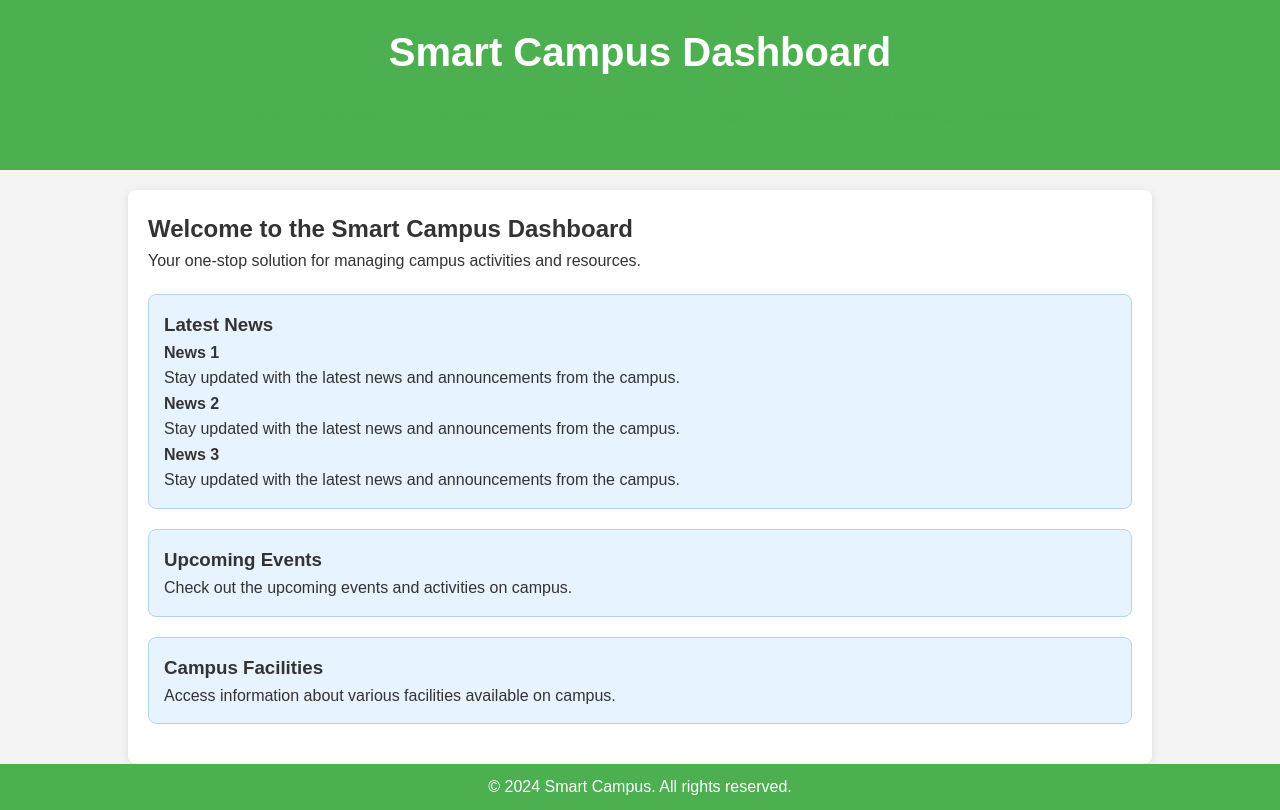
Repository: TejasS1233/MINITHON-hackathon-project
Page: Omar.html
An editor plug-in stored every save of this project. The page is shown before and after the next save, followed by the edit.
The browser window is 1280 px wide. The pictures show the whole page.

Above is the page before, as saved 2024-09-20 08:45:19.

### Omar.html
<!DOCTYPE html>
<html lang="en">
<head>
    <meta charset="UTF-8">
    <meta name="viewport" content="width=device-width, initial-scale=1.0">
    <title>Smart Campus Dashboard</title>
    <link rel="stylesheet" href="styles.css">
    <style>
        body {
            font-family: Arial, sans-serif;
            background-color: #f4f4f4;
            margin: 0;
            padding: 0;
        }
        header {
            background-color: #4CAF50;
            color: white;
            padding: 20px;
            text-align: center;
        }
        nav {
            margin: 20px 0;
        }
        nav a {
            margin: 0 15px;
            color: #4CAF50;
            text-decoration: none;
        }
        .container {
            width: 80%;
            margin: auto;
            padding: 20px;
            background: white;
            border-radius: 8px;
            box-shadow: 0 2px 10px rgba(0, 0, 0, 0.1);
        }
        .card {
            background: #e7f3fe;
            border: 1px solid #b1d4fe;
            border-radius: 8px;
            margin: 20px 0;
            padding: 15px;
        }
        footer {
            text-align: center;
            padding: 10px 0;
            background-color: #4CAF50;
            color: white;
            position: relative;
            bottom: 0;
            width: 100%;
        }
    </style>
</head>
<body>

<header>
    <h1>Smart Campus Dashboard</h1>
    <nav>
        <a href="#">Home</a>
        <a href="#">Academics</a>
        <a href="#">Facilities</a>
        <a href="#">Events</a>
        <a href="#">Contact</a>
        <a href="#">Library</a>
        <a href="#">Transport</a>
        <a href="#">Cafeteria</a>
        <a href="#">Notices</a>
    </nav>
</header>

<div class="container">
    <h2>Welcome to the Smart Campus Dashboard</h2>
    <p>Your one-stop solution for managing campus activities and resources.</p>

    <div class="card">
        <h3>Latest News</h3>
        <h4>News 1</h4>
        <p>Stay updated with the latest news and announcements from the campus.</p>
        <h4>News 2</h4>
        <p>Stay updated with the latest news and announcements from the campus.</p>
        <h4>News 3</h4>
        <p>Stay updated with the latest news and announcements from the campus.</p>
    </div>

    <div class="card">
        <h3>Upcoming Events</h3>
        <p>Check out the upcoming events and activities on campus.</p>
    </div>

    <div class="card">
        <h3>Campus Facilities</h3>
        <p>Access information about various facilities available on campus.</p>
    </div>
</div>

<footer>
    <p>&copy; 2024 Smart Campus. All rights reserved.</p>
</footer>

</body>
</html>

### styles.css
* {
    margin: 0;
    padding: 0;
    box-sizing: border-box;
}

body {
    font-family: 'Arial', sans-serif;
    background-color: black;
    color: #333;
    line-height: 1.6;
    padding: 20px;
}

/* Header Styling */
header {
    background-color: turquoise;
    color: white;
    padding: 20px 0;
    text-align: center;
    margin-bottom: 20px;
}

header h1 {
    font-size: 2.5em;
}


.announcement {
    background-color: rgb(169, 5, 5);
    padding: 20px;
    border-radius: 5px;
    box-shadow: 0 2px 10px rgba(0, 0, 0, 0.1);
    margin-bottom: 20px;
}

.announcement h2 {
    font-size: 2em;
    margin-bottom: 15px;
}

.announcement p {
    margin-bottom: 10px;
    font-size: 1.1em;
}

.cta-button {
    display: inline-block;
    background-color: #4CAF50;
    color: white;
    padding: 10px 20px;
    text-decoration: none;
    border-radius: 5px;
    margin-top: 10px;
    font-weight: bold;
}

.cta-button:hover {
    background-color: #45a049;
}

/* Footer Styling */
footer {
    text-align: center;
    padding: 20px 0;
    background-color: #333;
    color: white;
    position: fixed;
    width: 100%;
    bottom: 0;
}

After the next save:
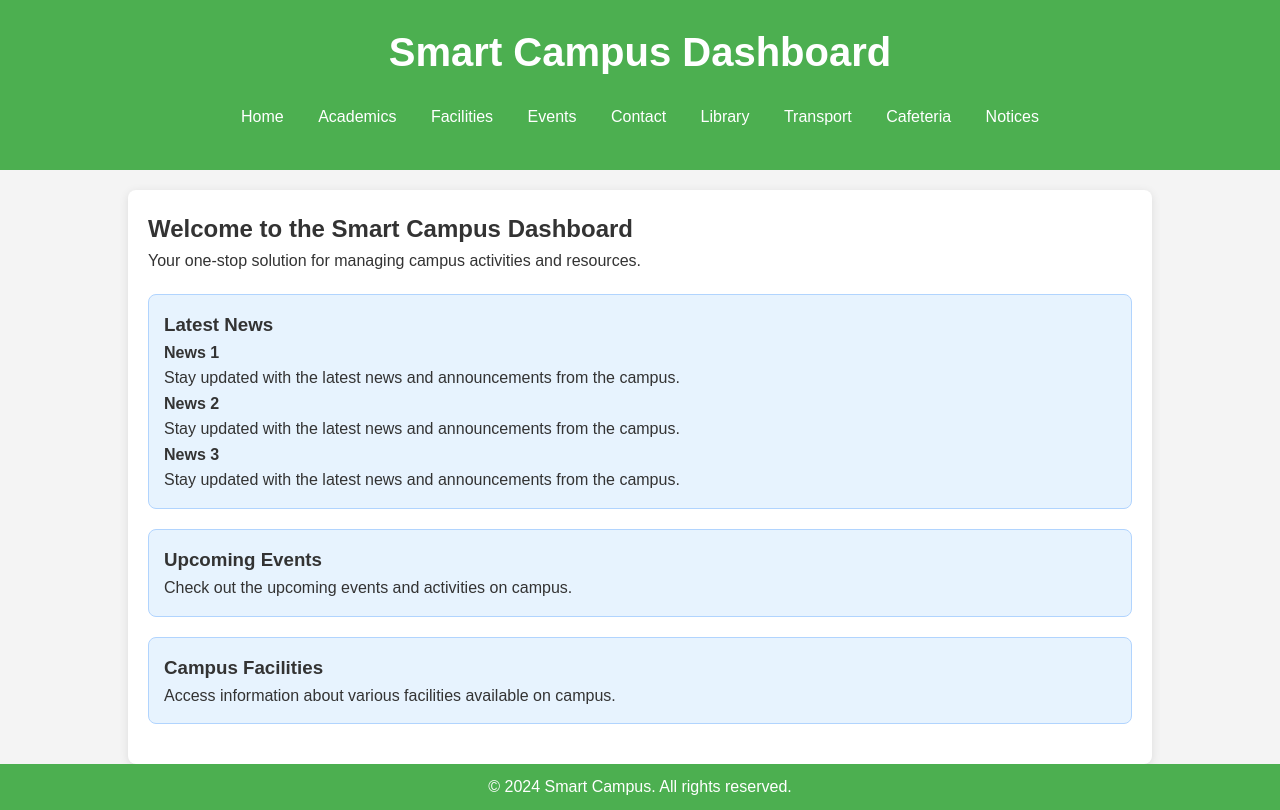
Saved 18 s later.
--- a/Omar.html
+++ b/Omar.html
@@ -23,7 +23,7 @@
         }
         nav a {
             margin: 0 15px;
-            color: #4CAF50;
+            color: #ffffff;
             text-decoration: none;
         }
         .container {
